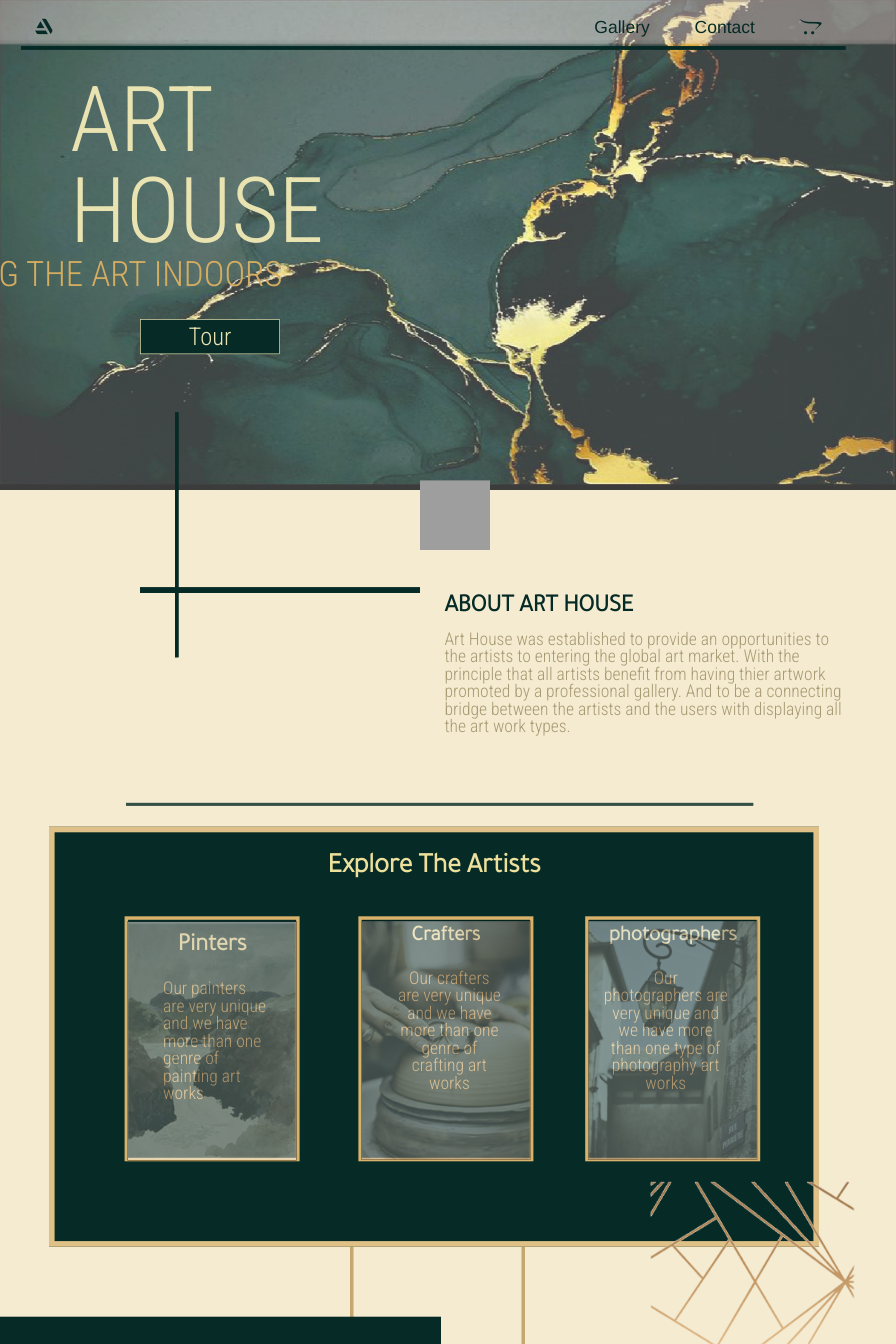
Repository: merge-confilicts/art-house
Page: index.html
These files come from the project's save history. The page is drawn as it stood at one moment and after the next save; the edit follows.
The browser window is 1280 px wide. The pictures show the part of the page from y = 0 to 1920 px (the page is 3424 px tall before and 3390 px after), at 70% of full size.
Pictures or frames that could not be fetched are drawn as grey boxes.

Above is the page before, as saved 2021-05-25 22:54:29.

### index.html
<!DOCTYPE html>
<html lang="en">

<head>
    <meta charset="UTF-8">
    <meta http-equiv="X-UA-Compatible" content="IE=edge">
    <meta name="viewport" content="width=device-width, initial-scale=1.0">
    <title>Art house</title>
    <l<link rel="preconnect" href="https://fonts.gstatic.com">
        <link
            href="https://fonts.googleapis.com/css2?family=Noto+Sans+JP:wght@300&family=Roboto+Condensed:wght@300&family=Tajawal:wght@300&display=swap"
            rel="stylesheet">
        <link rel="stylesheet" href="css/reset.css">
        <link rel="stylesheet" href="css/style.css">
        <link rel="stylesheet" href="https://use.fontawesome.com/releases/v5.15.3/css/all.css"
            integrity="sha384-SZXxX4whJ79/gErwcOYf+zWLeJdY/qpuqC4cAa9rOGUstPomtqpuNWT9wdPEn2fk" crossorigin="anonymous">

</head>

<body>
    <div id="tour">
        <h4>Art iteams</h4>
        <div class="mySlide">
            <span class="slideCounter">1 / 3</span>
            <img src="https://shremal.com/wp-content/uploads/2017/03/placeholder-light-1.gif" alt="tour"
                class="SlideImages" />
            <p class="SlideImagetitle">Description for the images in the tour </p>
        </div>
        <div class="mySlide">
            <span class="slideCounter">2 / 3</span>
            <img src="https://shremal.com/wp-content/uploads/2017/03/placeholder-light-1.gif" alt="tour"
                class="SlideImages" />
            <p class="SlideImagetitle">Description for the images in the tour </p>
        </div>
        <div class="mySlide">
            <span class="slideCounter">3 / 3</span>
            <img src="https://shremal.com/wp-content/uploads/2017/03/placeholder-light-1.gif" alt="tour"
                class="SlideImages" />
            <p class="SlideImagetitle">Description for the images in the tour </p>
        </div>
        <a class="prev" onclick="plusSlides(-1)">&#10094;</a>
        <a class="next" onclick="plusSlides(1)">&#10095;</a>
        <button type="button" id="xButton">X</button>
    </div>
    <header>
        <nav>
            <ul>
                <li><a href="index.html"><i class="fab fa-artstation"></i></a></li>
                <li><a href="html/gallery.html">Gallery</a></li>
                <li><a href="html/contact-us.html">Contact</a></li>
                <li><a href="html/shopping-page.html"><i class="fab fa-opencart"></i></a></li>
            </ul>
        </nav>
        <span></span>
        <h1>ART <br /> HOUSE</h1>
        <p>BRING THE ART INDOORS </p>
        <button type="button" id="button">Tour</button>
        <img src="Images/mainPage/main.jpg" alt="mainPage">
    </header>
    <main>
        <section>
            <img src="https://static.thenounproject.com/png/486805-200.png" alt="scroll">
            <span></span>
            <span></span>
            <h3>ABOUT ART HOUSE</h3>
            <p>Art House was established to provide an opportunities to the artists to entering the global art market.
                With the principle that all artists benefit from having thier artwork promoted by a professional
                gallery.
                And to be a connecting bridge between the artists and the users with displaying all the art work types.
            </p>
            <span></span>
        </section>
        <section>
            <h3>Explore The Artists</h3>
            <article>
                <h5>Pinters</h5>
                <p>Our painters are very unique and we have more than one genre of painting art works</p>
                <img src="/Images/mainPage/2.jpg" alt="painters">
            </article>
            <article>
                <h5>Crafters</h5>
                <p>Our crafters are very unique and we have more than one genre of crafting art works</p>
                <img src="/Images/mainPage/3.jpg" alt="crafters">
            </article>
            <article>
                <h5>photographers</h5>
                <p>Our photographers are very unique and we have more than one type of photography art works</p>
                <img src="Images/mainPage/4.jpg" alt="crafters">
            </article>
        </section>
        <section>
            <article>

                <div>

                </div>
                <p> <span id="artists">A pharagraph for the new artists</span> <br /> who are intresting in launching
                    thier
                    work in the <br /> <span id="website">website</span> </p>
                <a href="/html/contact-us.html" target="_top">Join Us</a>
            </article>
            <article>
                <!-- <img src="https://shremal.com/wp-content/uploads/2017/03/placeholder-light-1.gif" alt="2nplaceholder"> -->
            </article>
        </section>
        <img src="/Images/mainPage/output-onlinepngtools (1).png" alt="rightImg" id="right">
        <img src="Images/mainPage/output-onlinepngtools (2).png" alt="lrftImg" id="left">
    </main>
    <footer>
        <p><i class="far fa-copyright"></i> Art-House 2021</p>
        <span></span>
        <a href="#"> <i class="fab fa-facebook"></i></a>
        <a href="#"> <i class="fab fa-instagram"></i></i></a>
        <a href="#"> <i class="fab fa-twitter"></i></i></a>
        <a href="#"><i class="fab fa-pinterest"></i></i></a>
    </footer>
    <script src="/js/app.js"></script>
</body>

</html>

### css/style.css

*{
    box-sizing: border-box;
}
body{
    background-color: #f4ebd0;

}


#tour{
    margin-left: 200px;
    width: 70%;
    background-color: darkgray;
    position: absolute;
    height: 550px;
    z-index: 1;
    display: none;
    transition: 1s;
}
#tour h4{
    padding-top: 20px;
    padding-left: 20px;
    padding-bottom: 20px;
    font-size: 30px;
    font-family: cursive;
}
#tour img{
    width: 700px;
    margin-left: 110px;
    padding-bottom: 20px;
}
#tour p {
    padding-bottom: 30px;
    margin-left: 110px;
    font-family: cursive;
    font-size: 20px;
}
#tour button{
    top: -25px;
    right: 60px;
    position: absolute;
    width: 30px;
    height: 30px;
    font-size: 25px;
}
.mySlide{
    display: none;
}
.slideCounter{
    left: 20px;
    position: absolute;
    font-size: 20px;
    font-family:cursive;
}
.prev{
    top: 250px;
    left: 50px;
    position: absolute;
    font-size: 30px;
}
.next{
    top: 250px;
    left: 860px;
    position: absolute;
    font-size: 30px;
}
ul li {
    display: inline-block;
    margin-left: 0px;
    padding-top: 25px;
    left: 710px;
    position: relative;
    margin-right: 60px;
}
ul li:first-child{
    margin-left: 50px;
    padding-left: 0px;
    left: 0px;
    font-size: 25px;
    position: relative;
}

nav ul li a {
    font-size: 25px;
    text-decoration: none;
    color: #062a26;
    font-family:'Franklin Gothic Medium', 'Arial Narrow', Arial, sans-serif;
}
header span{
    display: block;
    top: 15px;
    left: 30px;
    position: relative;
    background-color: #062a26;
    width: 92%;
    height: 5px;
    border: #062a26 solid 2px;
}
header img {
    top: 0px;
    left: 0px;
    position: absolute;
    z-index: -1;
    width: 100%;
    height: 700px;
}
h1{
    margin-top:50px;
    margin-left: 100px;
    font-size: 130px;
    font-family: 'Noto Sans JP', sans-serif;
    font-family: 'Roboto Condensed', sans-serif;
    color: #e8e3b1;
}
header p {
    left: -100px;
    position: relative;
    font-size: 50px;
    font-family: 'Noto Sans JP', sans-serif;
    font-family: 'Roboto Condensed', sans-serif;
    color: #d5ad60;
}
 button{
    margin-top: 40px;
    margin-left: 200px;
    width: 200px;
    height: 50px;
    font-size: 35px;
    color: white;
    background-color: #062a26;
    border: none;
    font-family: 'Noto Sans JP', sans-serif;
    font-family: 'Roboto Condensed', sans-serif;
    color: #e8e3b1;
    border: 1px solid #e8e3b1 ;



}

main section:first-child img{
    margin-top: 180px;
    margin-left: 600px;
    width: 100px;
    height: 100px;
    border: none;
}
main section:first-child span:first-of-type{
    display: block;
    top: -200px;
    left: 250px;
    position: relative;
    background-color: #062a26;
    width: 5px;
    height: 350px;
    border: #062a26 solid 2px;

}
main section:first-child :nth-child(3){
    display: block;
    top: -300px;
    left: 200px;
    position: relative;
    background-color: #062a26;
    width: 400px;
    height: 8px;
    border: #062a26 solid 2px;
}

main section:first-child h3 {
    top: 850px;
    left: 635px;
    position:absolute;
    font-size: 35px;
    font-family: 'Noto Sans JP', sans-serif;
    font-family: 'Roboto Condensed', sans-serif;
    font-family: 'Tajawal', sans-serif;
    font-weight: 700;
    color:#062a26;

}
main section:first-child p{
    top: 900px;
    left: 635px;
    position:absolute;
    font-size: 25px;
    font-family: 'Noto Sans JP', sans-serif;
    font-family: 'Roboto Condensed', sans-serif;
    width: 580px;
    color: #a89a73;
    font-weight: 500;
}
main section:first-child span:last-of-type{
    display: block;
    top: 0px;
    left: 180px;
    position: relative;
    background-color: #062a26;
    width: 70%;
    height: 2px;
    border: #062a26 solid 2px;
    opacity: .8;
}
main section:nth-child(2){
    display: block;
    background-color: #062a26;
    width: 1100px;
    height: 600px;
    margin-left: 70px;
    margin-top: 30px;
    border: 8px solid #dfc086;

}
main section:nth-child(2) h3 {
    text-align: center;
    padding-top: 30px;
    font-size: 40px;
    font-family: 'Noto Sans JP', sans-serif;
    font-family: 'Roboto Condensed', sans-serif;
    font-family: 'Tajawal', sans-serif;
    font-weight: 700;
    color: #ece09c;

}
main section:nth-child(2) article {
    margin-top: 50px;
    margin-left: 100px;
    display: inline-block;
    border: 5px solid #d8b26a;
}
main section:nth-child(2) article:first-of-type {
    width: 250px;
    height: 350px;

}
main section:nth-child(2) article:first-of-type h5 {
   font-size: 35px;
   text-align: center;
   padding-top: 20px;
   padding-bottom: 30px;
   font-family: 'Noto Sans JP', sans-serif;
   font-family: 'Roboto Condensed', sans-serif;
   font-family: 'Tajawal', sans-serif;
   font-weight: 700;
   color: #ece09c;
   opacity: 1;
}
main section:nth-child(2) article:first-of-type p {
    font-size: 25px;
    font-family: 'Noto Sans JP', sans-serif;
    font-family: 'Roboto Condensed', sans-serif;
    color:#d5ad60 ;
    padding-left:50px ;
    width: 200px;
    opacity: 1;
 }
 main section:nth-child(2) article:first-of-type img{
     width: 242px;
     height: 342px;
     top: -458px;
     right: 1px;
     position: relative;
     opacity: .5;
 }
main section:nth-child(2) article:nth-child(3) {
    width: 250px;
    height: 350px;
    top: -15px;
    right:20px;
    position: relative;
}
main section:nth-child(2) article:nth-child(3) h5 {
    font-size: 30px;
    text-align: center;
    padding-top: 10px;
    padding-bottom: 30px;
    font-family: 'Noto Sans JP', sans-serif;
    font-family: 'Roboto Condensed', sans-serif;
    font-family: 'Tajawal', sans-serif;
    font-weight: 700;
    color: #ece09c;
    opacity: 1;
 }
 main section:nth-child(2) article:nth-child(3) p {
     font-size: 25px;
     text-align: center;
     font-family: 'Noto Sans JP', sans-serif;
     font-family: 'Roboto Condensed', sans-serif;
     color:#d5ad60 ;
     padding-left:50px ;
     width: 200px;
     opacity: 1;

  }
  main section:nth-child(2) article:nth-child(3) img{
    width: 242px;
    height: 342px;
    top: -444px;
    right: 1px;
    position: relative;
    opacity: .5;
  }
main section:nth-child(2) article:last-of-type {
    width: 250px;
    height: 350px;
    top: -15px;
    right:50px;
    position: relative;
}
main section:nth-child(2) article:last-of-type h5 {
    font-size: 30px;
    text-align: center;
    padding-top: 10px;
    padding-bottom: 30px;
    font-family: 'Noto Sans JP', sans-serif;
    font-family: 'Roboto Condensed', sans-serif;
    font-family: 'Tajawal', sans-serif;
    font-weight: 700;
    color: #ece09c;

}
main section:nth-child(2) article:last-of-type p {
    font-size: 25px;
    text-align: center;
    font-family: 'Noto Sans JP', sans-serif;
    font-family: 'Roboto Condensed', sans-serif;
    color:#d5ad60 ;
    padding-left:20px ;
    width: 200px;


 }
 main section:nth-child(2) article:last-of-type img{
    width: 242px;
    height: 342px;
    top: -444px;
    right: 1px;
    position: relative;
    opacity: .5;
 }
main section:last-of-type article:first-of-type {
     display: block;
     background-color: #062a26;
     width: 630px;
     height: 300px;
     margin-top: 100px;

}
main section:last-of-type article:first-of-type div {
    display: block;
    border: solid 5px #c5a86f;
    width: 250px;
    height: 600px;
    top: -140px;
    left:500px;
    position: relative;
    z-index: -1;
    /* opacity: .8; */
}
main section:last-of-type article:first-of-type #artists{
    font-size: 40px;
    font-family: 'Noto Sans JP', sans-serif;
    font-family: 'Roboto Condensed', sans-serif;
    color: #d5ad60;
    top: -50px;
    left: -50px;
    position: relative;
    font-style: italic;
}
main section:last-of-type article:first-of-type p{
    color: honeydew;
    left: 165px;
    top: -500px;
    font-size: 25px;
    position: relative;
    font-family: 'Noto Sans JP', sans-serif;
    font-family: 'Roboto Condensed', sans-serif;

}
main section:last-of-type article:first-of-type #website{
    font-size: 30px;
    color: black;
    top: -27px;
    left: 470px;
    position: relative;
    font-family: 'Noto Sans JP', sans-serif;
    font-family: 'Roboto Condensed', sans-serif;
    color: #d5ad60;
}

main section:last-of-type article:first-of-type a{
    position: relative;
    top: -500px;
    left: 450px;
    border: 3px solid #d5ad60 ;
    border-radius: 0px;
    color: #d5ad60;
    display: inline-block;
    /* text-align: center; */
    padding: 15px 40px 15px 40px;
    text-decoration: none;
    font-size: 20px;
    font-family: 'Noto Sans JP', sans-serif;
    font-family: 'Roboto Condensed', sans-serif;
    font-weight: bold;

}

main section:last-of-type article:last-of-type img{
    width: 400px;
    height: 500px;
    float: right;
    margin-top: -200px;
    border: 1px solid black;
}

main img {
    width: 200px;
    height: 200px;
    margin-top: 200px;
    border: 1px solid black;
}

footer {
    text-align: center;


}
footer p{
    margin-right: 200px;
    color: #062a26;
    font-family: 'Roboto Condensed', sans-serif;
    font-size: 20px;
    top: -780px;
    position: relative;
}
#right{
    border: none;
    width: 400px;
    height: 580px;
    right: 100px;
    top: -730px;
    position: relative;


}
#left{
    border: none;
    width: 300px;
    height: 1000px;
    left: 520px;
    top: -700px;
    position: relative;
}
footer .fa-copyright{
    color: #062a26;
    font-size: 20px;

}
footer span{

    background-color: #062a26;
    border: 2px solid #062a26;
    left: 80px;
    top:-400px;
    position: relative;
}
footer .fa-facebook{
    margin-left: 200px;
    top: -800px;
    position: relative;
    color: #062a26;
    font-size: 20px;
}
footer .fa-instagram{
    top: -800px;
    position: relative;
    color: #062a26;
    font-size: 20px;
}
footer .fa-twitter{
    top: -800px;
    position: relative;
    color: #062a26;
    font-size: 20px;
}
footer .fa-pinterest{
    top: -800px;
    position: relative;
    color: #062a26;
    font-size: 20px;
}

### js/app.js

'use strict';

//................Tour button code.....................
let btn = document.getElementById('button');
let xBtn = document.getElementById('xButton');
btn.addEventListener('click', tourShow);
xBtn.addEventListener('click', tourShow);
function tourShow(event) {
    let slideShow = document.getElementById('tour');
    let displaySetting = slideShow.style.display;
    if (displaySetting == 'block') {
        slideShow.style.display = 'none';
        btn.innerHTML = 'TOUR';
    } else if (xBtn.addEventListener) {
        slideShow.style.display = 'block';
    }
}

//................Slide show code.....................

let index = 1;
showSlide(index);
function plusSlides(action) {
    showSlide(index += action);
}
function showSlide(n) {
    let slides = document.getElementsByClassName('mySlide');
    console.log(slides);
    if (n > slides.length) { index = 1 }
    if (n < 1) { index = slides.length }
    for (let i = 0; i < slides.length; i++) {
        slides[i].style.display = "none";
    }

    slides[index - 1].style.display = "block";
}

Loaded but not shown: css/reset.css (common file)

After the next save:
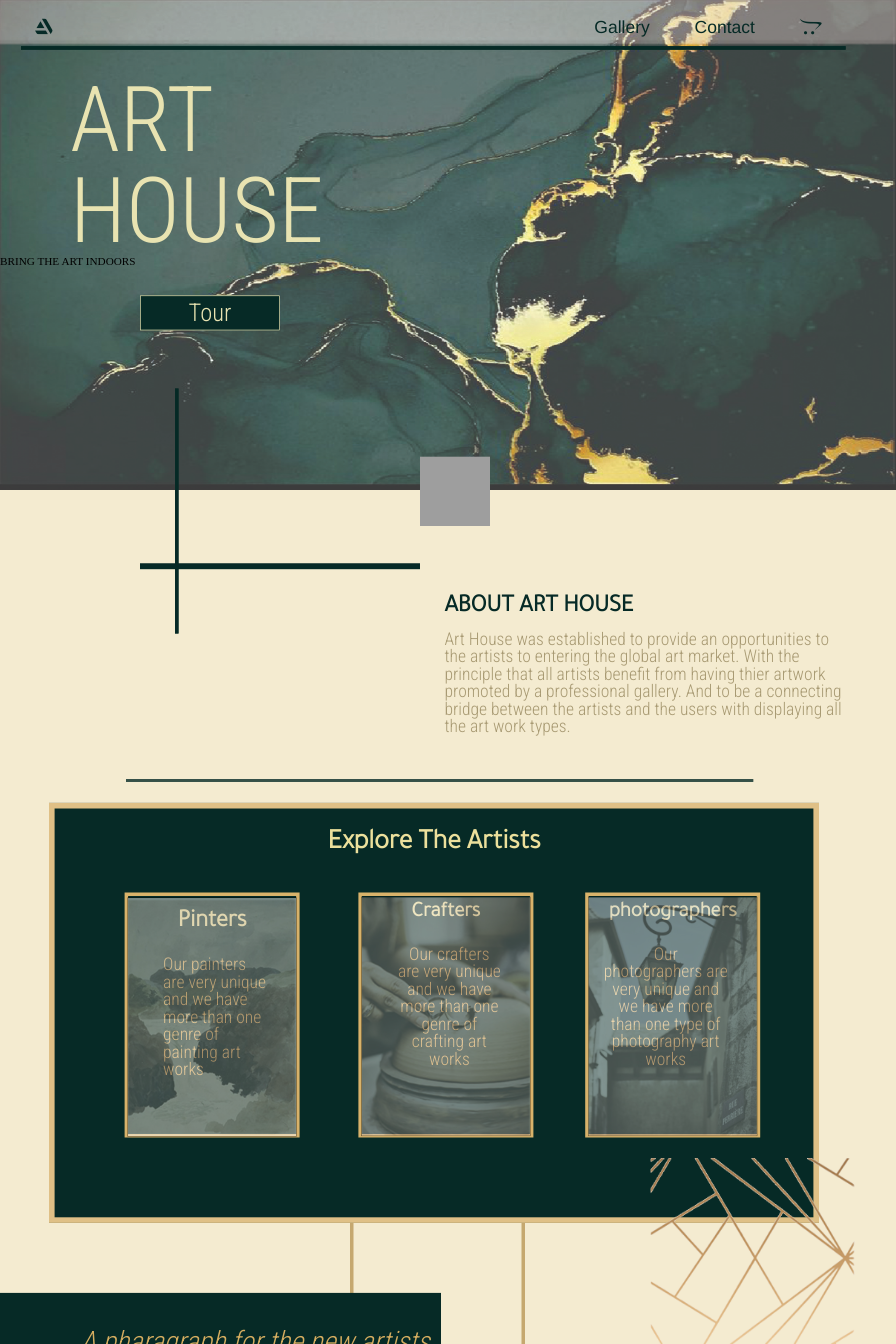
Saved 28 s later.
--- a/css/style.css
+++ b/css/style.css
@@ -113,14 +113,7 @@
     font-family: 'Roboto Condensed', sans-serif;
     color: #e8e3b1;
 }
-header p {
-    left: -100px;
-    position: relative;
-    font-size: 50px;
-    font-family: 'Noto Sans JP', sans-serif;
-    font-family: 'Roboto Condensed', sans-serif;
-    color: #d5ad60;
-}
+
  button{
     margin-top: 40px;
     margin-left: 200px;

After the save that followed:
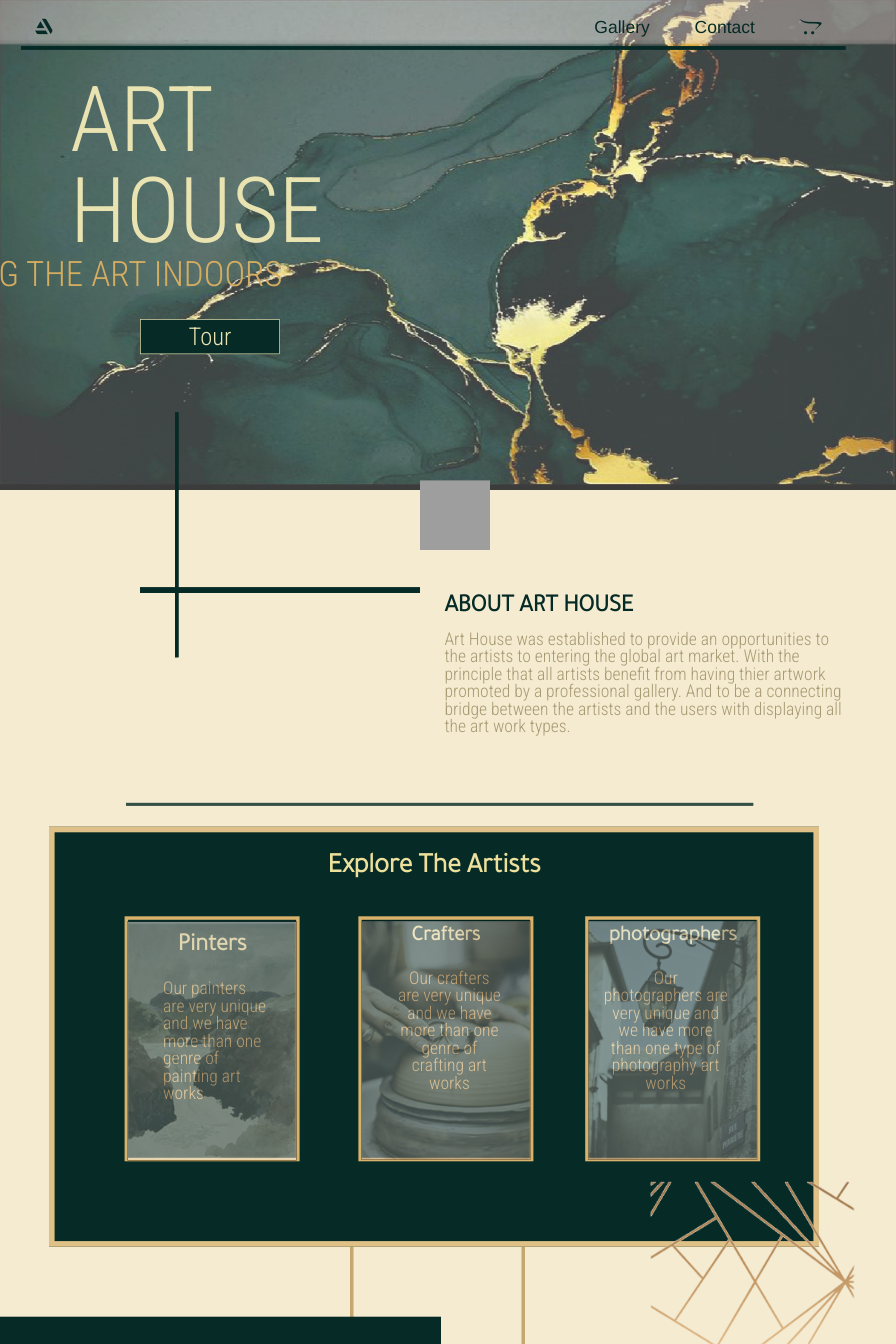
Saved 7 s later.
--- a/css/style.css
+++ b/css/style.css
@@ -113,7 +113,14 @@
     font-family: 'Roboto Condensed', sans-serif;
     color: #e8e3b1;
 }
-
+header p {
+    left: -100px;
+    position: relative;
+    font-size: 50px;
+    font-family: 'Noto Sans JP', sans-serif;
+    font-family: 'Roboto Condensed', sans-serif;
+    color: #d5ad60;
+}
  button{
     margin-top: 40px;
     margin-left: 200px;
